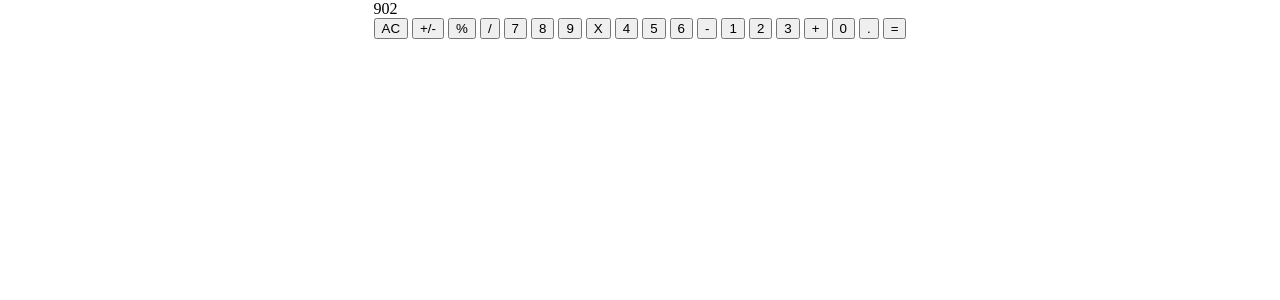
Repository: dmpelaez/calculator
Page: Calculator.html
An editor plug-in stored every save of this project. The page is shown before and after the next save, followed by the edit.
The browser window is 1280 px wide. The pictures show the whole page.

Above is the page before, as saved 2025-12-15 19:46:54.

After the next save:
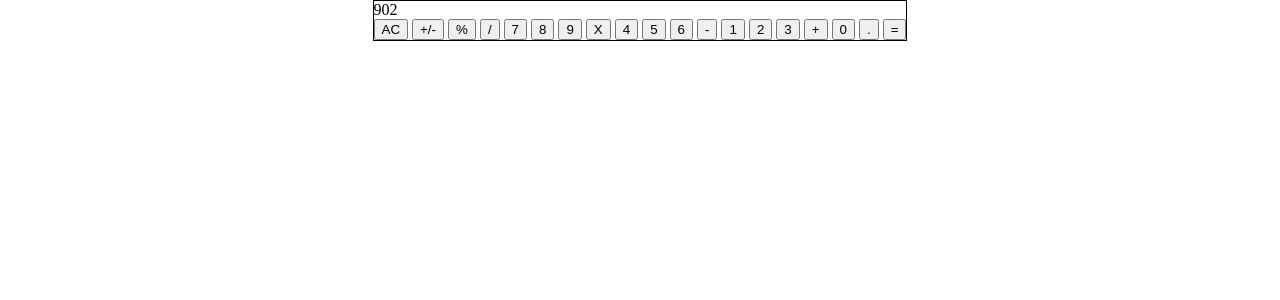
Saved 27 s later.
--- a/Calculator.css
+++ b/Calculator.css
@@ -8,7 +8,7 @@ body {
 
 }
 
-.section {
+.Section {
 display: flex;
 flex-direction: column;
 border: 1px solid black;
